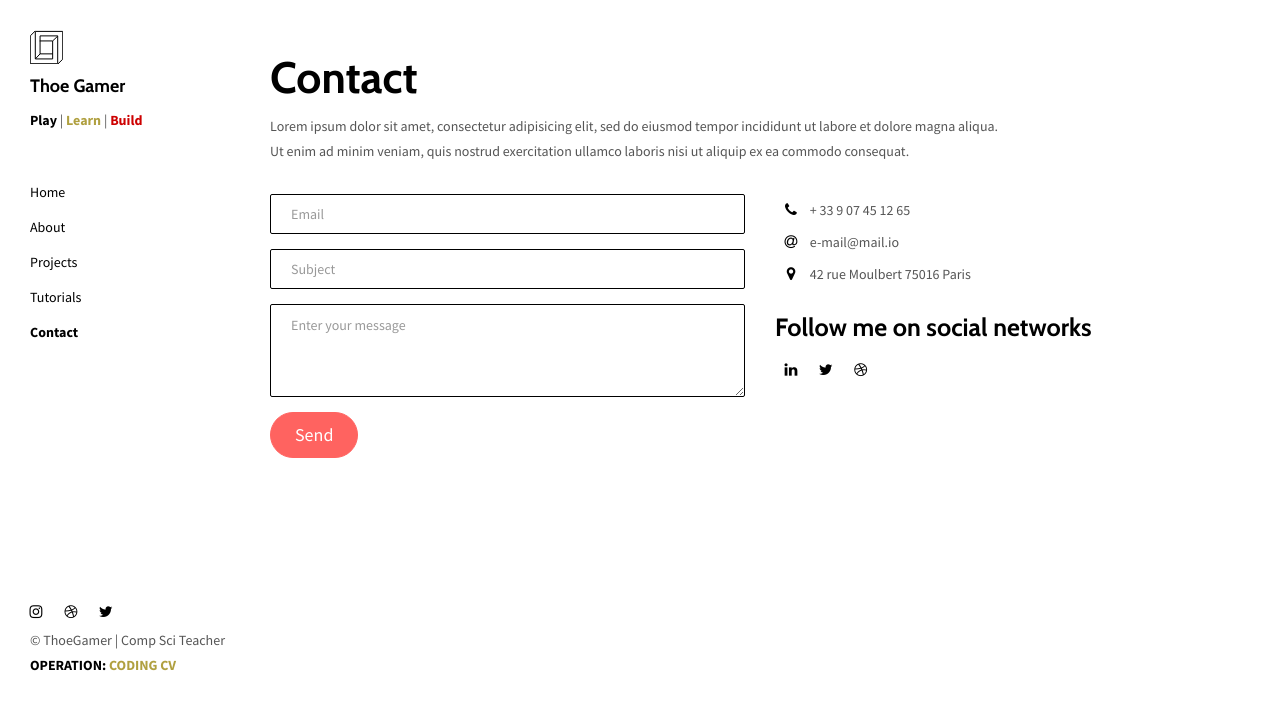
Repository: GamerThoe/GamerThoe.github.io
Page: contact.html
The author's editor kept a record of every edit. The page is drawn from the files as they stood at one moment, then again after the next edit.
The browser window is 1280 px wide. The pictures show the whole page.

Above is the page before.

### contact.html
<!DOCTYPE html>
<html lang="en">

<head>
  <meta charset="UTF-8">
  <meta content="IE=edge" http-equiv="X-UA-Compatible">
  <meta content="width=device-width,initial-scale=1" name="viewport">
  <meta content="description" name="description">
  <meta name="google" content="notranslate" />
  <meta content="Mashup templates have been developped by Orson.io team" name="author">

  <!-- Disable tap highlight on IE -->
  <meta name="msapplication-tap-highlight" content="no">

  <link href="./assets/apple-icon-180x180.png" rel="apple-touch-icon">
  <link href="./assets/favicon.ico" rel="icon">



  <title>Title page</title>

<link href="./main.82cfd66e.css" rel="stylesheet"></head>

<body>

 <!-- Add your content of header -->
<header class="">
  <div class="navbar navbar-default visible-xs">
    <button type="button" class="navbar-toggle collapsed">
      <span class="sr-only">Toggle navigation</span>
      <span class="icon-bar"></span>
      <span class="icon-bar"></span>
      <span class="icon-bar"></span>
    </button>
    <a href="./index.html" class="navbar-brand">Thoe Gamer ; )</a>
  </div>

  <nav class="sidebar">
    <div class="navbar-collapse" id="navbar-collapse">
      <div class="site-header hidden-xs">
          <a class="site-brand" href="./index.html" title="">
            <img class="img-responsive site-logo" alt="" src="./assets/images/mashup-logo.svg">
            Thoe Gamer
          </a>
        <p><span class="black">Play </span> | <span class="gold">Learn </span>| <span class="highlight">Build</span></p>
      </div>
      <ul class="nav">
        <li><a href="./index.html" title="">Home</a></li>
        <li><a href="./about.html" title="">About</a></li>
        <li><a href="./services.html" title="">Projects</a></li>
        <li><a href="./components.html" title="">Tutorials</a></li>
        <li class="black"><a href="./contact.html" title="">Contact</a></li>


      </ul>

      <nav class="nav-footer">
        <p class="nav-footer-social-buttons">
          <a class="fa-icon" href="https://www.instagram.com/" title="">
            <i class="fa fa-instagram"></i>
          </a>
          <a class="fa-icon" href="https://dribbble.com/" title="">
            <i class="fa fa-dribbble"></i>
          </a>
          <a class="fa-icon" href="https://twitter.com/" title="">
            <i class="fa fa-twitter"></i>
          </a>
        </p>
        <p>© ThoeGamer | Comp Sci Teacher <a href="https://mrthoe.github.io"><span class="black">OPERATION: <span class="gold">CODING CV</span></span></a></p>
      </nav>
    </div>
  </nav>
</header>
<main class="" id="main-collapse">


<div class="row">
  <div class="col-xs-12">
    <div class="section-container-spacer">
      <h1>Contact</h1>
      <p>Lorem ipsum dolor sit amet, consectetur adipisicing elit, sed do eiusmod
      tempor incididunt ut labore et dolore magna aliqua. <br>Ut enim ad minim veniam,
      quis nostrud exercitation ullamco laboris nisi ut aliquip ex ea commodo
      consequat.</p>
    </div>
    <div class="section-container-spacer">
       <form action="" class="reveal-content">
          <div class="row">
            <div class="col-md-6">
              <div class="form-group">
                <input type="email" class="form-control" id="email" placeholder="Email">
              </div>
              <div class="form-group">
                <input type="text" class="form-control" id="subject" placeholder="Subject">
              </div>
              <div class="form-group">
                <textarea class="form-control" rows="3" placeholder="Enter your message"></textarea>
              </div>
              <button type="submit" class="btn btn-primary btn-lg">Send</button>
            </div>
            <div class="col-md-6">
              <ul class="list-unstyled address-container">
                <li>
                  <span class="fa-icon">
                    <i class="fa fa-phone" aria-hidden="true"></i>
                  </span>
                  + 33 9 07 45 12 65
                </li>
                <li>
                  <span class="fa-icon">
                    <i class="fa fa-at" aria-hidden="true"></i>
                  </span>
                  e-mail@mail.io
                </li>
                <li>
                  <span class="fa-icon">
                    <i class="fa fa fa-map-marker" aria-hidden="true"></i>
                  </span>
                  42 rue Moulbert 75016 Paris
                </li>
              </ul>
              <h3>Follow me on social networks</h3>
              <a href="https://www.linkedin.com/" title="" class="fa-icon">
                <i class="fa fa-linkedin"></i>
              </a>
              <a href="https://twitter.com/" title="" class="fa-icon">
                <i class="fa fa-twitter"></i>
              </a>
              <a href="https://dribbble.com/" title="" class="fa-icon">
                <i class="fa fa-dribbble"></i>
              </a>
            </div>
          </div>
        </form>
    </div>
  </div>
</div>


</main>

<script>
document.addEventListener("DOMContentLoaded", function (event) {
  navbarToggleSidebar();
  navActivePage();
});
</script>

<!-- Google Analytics: change UA-XXXXX-X to be your site's ID

<script>
  (function (i, s, o, g, r, a, m) {
    i['GoogleAnalyticsObject'] = r; i[r] = i[r] || function () {
      (i[r].q = i[r].q || []).push(arguments)
    }, i[r].l = 1 * new Date(); a = s.createElement(o),
      m = s.getElementsByTagName(o)[0]; a.async = 1; a.src = g; m.parentNode.insertBefore(a, m)
  })(window, document, 'script', '//www.google-analytics.com/analytics.js', 'ga');
  ga('create', 'UA-XXXXX-X', 'auto');
  ga('send', 'pageview');
</script>

--> <script type="text/javascript" src="./main.85741bff.js"></script></body>

</html>

Loaded but not shown: main.82cfd66e.css (library); main.85741bff.js (library)

After the next edit:
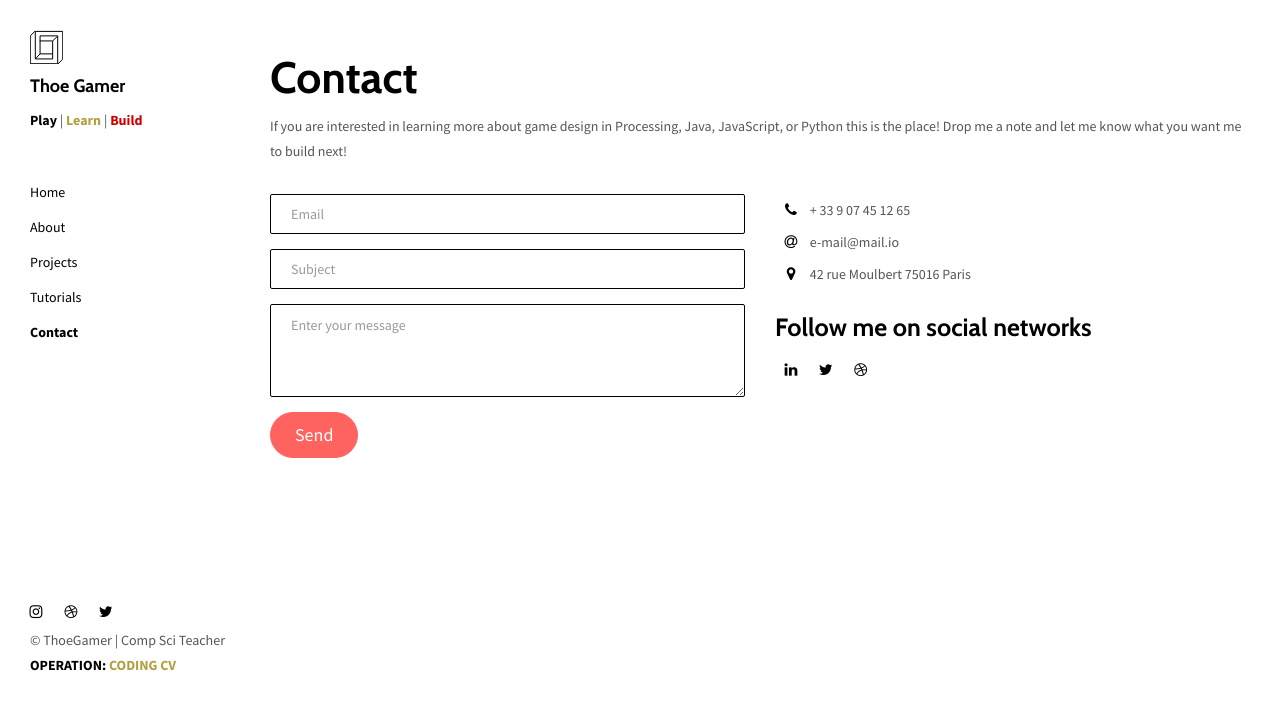
The edit:
--- a/contact.html
+++ b/contact.html
@@ -78,10 +78,7 @@
   <div class="col-xs-12">
     <div class="section-container-spacer">
       <h1>Contact</h1>
-      <p>Lorem ipsum dolor sit amet, consectetur adipisicing elit, sed do eiusmod
-      tempor incididunt ut labore et dolore magna aliqua. <br>Ut enim ad minim veniam,
-      quis nostrud exercitation ullamco laboris nisi ut aliquip ex ea commodo
-      consequat.</p>
+      <p>If you are interested in learning more about game design in Processing, Java, JavaScript, or Python this is the place!  Drop me a note and let me know what you want me to build next!</p>
     </div>
     <div class="section-container-spacer">
        <form action="" class="reveal-content">
